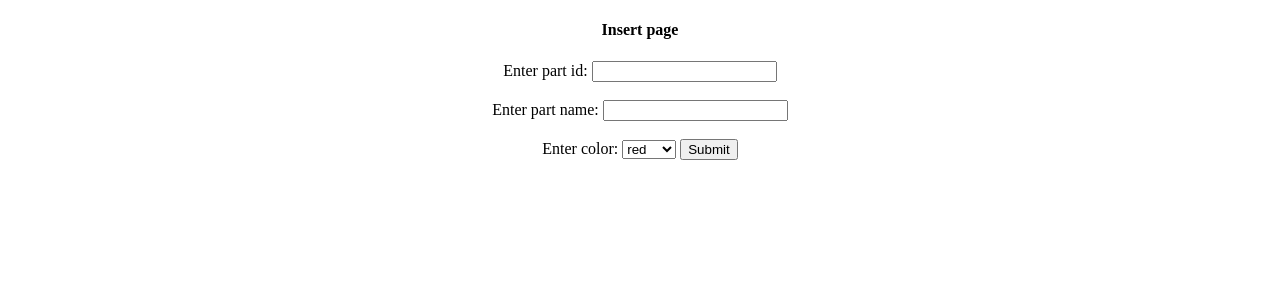
Repository: sowmini-nats/git-spring-project
Page: eclipse-workspace-servlet/PartEntry/src/main/webapp/InsertPart.html
The author's editor kept a copy of each file at every save. The page is drawn from the files as they stood at one save, then again after the next save.
The browser window is 1280 px wide. The pictures show the whole page.

Above is the page before, as saved 2023-10-16 05:32:24.

After the next save:
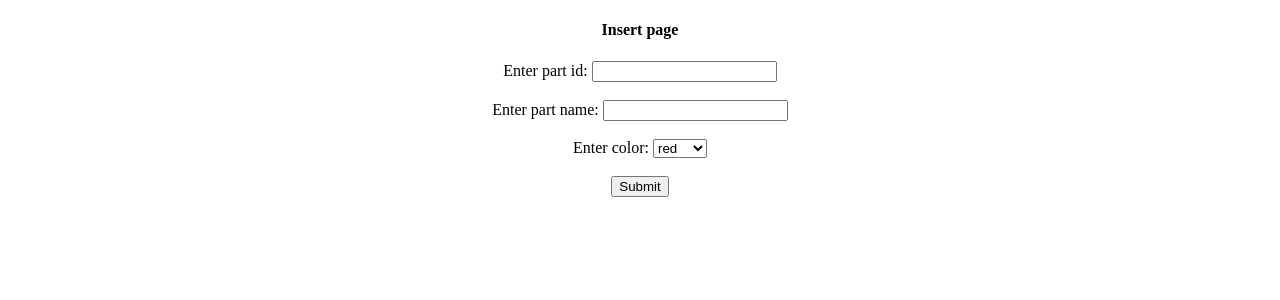
Saved 22 s later.
--- a/eclipse-workspace-servlet/PartEntry/src/main/webapp/InsertPart.html
+++ b/eclipse-workspace-servlet/PartEntry/src/main/webapp/InsertPart.html
@@ -14,7 +14,7 @@
 			<option>red</option>
 			<option>white</option>
 			<option>black</option>
-		</select>
+		</select><br/><br/>
 
 		<input type="submit" value="Submit"/><br/>
 	</form>
